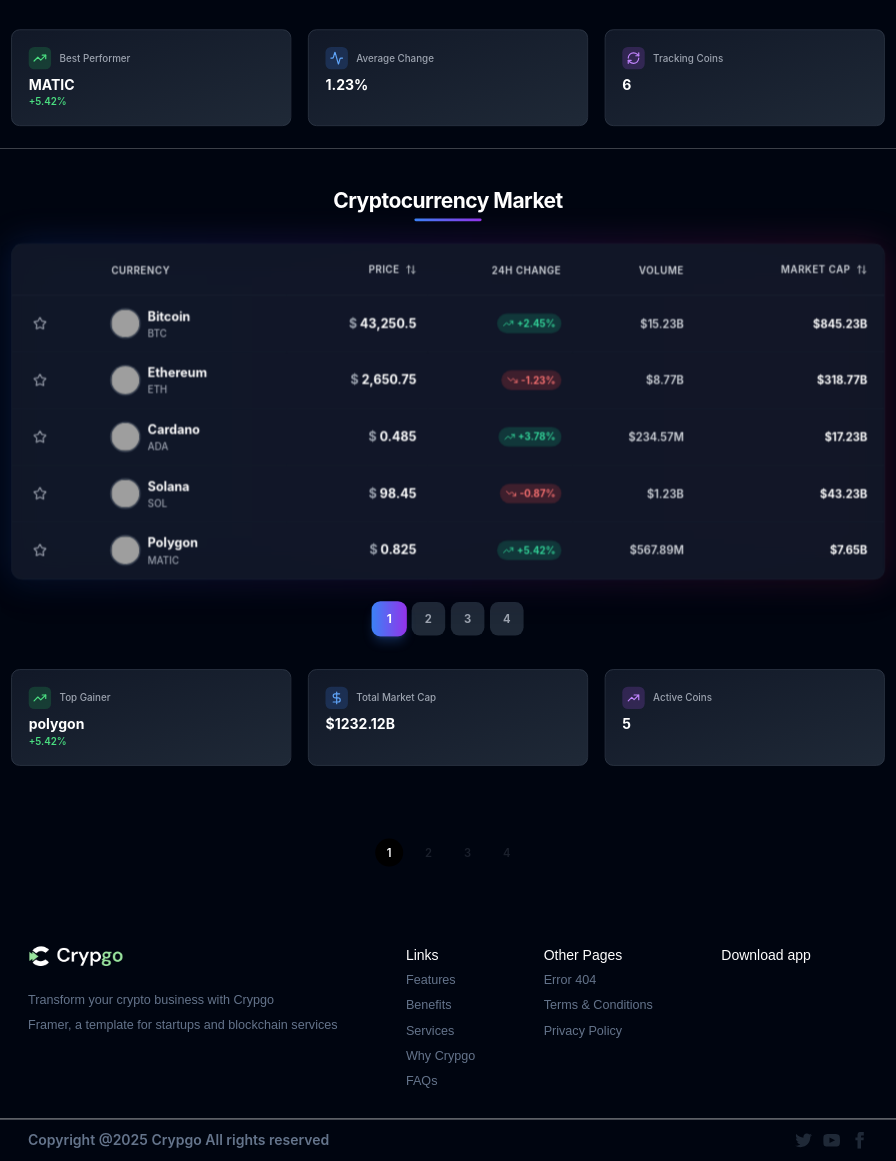
Repository: XaidenLabs/kingpad
Page: /
These files come from the project's save history. The page is drawn as it stood at one moment and after a run of saves; the edit follows.
The browser window is 1280 px wide. The pictures show the part of the page from y = 1290 to 3210 px (the page is 2949 px tall before and 3461 px after), at 70% of full size.
Pictures or frames that could not be fetched are drawn as grey boxes. The page's requests for data from a server got no answer. The project was rebuilt for these pictures with package versions that can differ from the ones it lists, and the page was loaded fresh each time. The framework's server and built-in components were replaced by stand-ins that run in the browser. No one was signed in, and anything a server would have sent is missing. Also part of the build but not shown: next.config.js.

Above is the page before, as saved 2025-09-06 19:47:54.

### src/pages/_app.tsx
import '@/styles/globals.css'
import type { AppProps } from 'next/app'
import { ChakraProvider } from '@chakra-ui/react'
import store from '@/ReduxStore/FavouritesSlice'
import { Provider } from 'react-redux'

export default function App({ Component, pageProps }: AppProps) {
  return (
    <ChakraProvider>

      <Provider store={store}>
        <Component {...pageProps} />
      </Provider>

    </ChakraProvider>
  )
}

### src/pages/index.tsx
import Head from 'next/head'
import { Inter } from 'next/font/google'
import Navbar from '@/components/HomePageComponents/Navbar'
import HomeComnponent from '@/components/HomePageComponents/Home'
import TrendingCoins from '@/components/CoinDetailPageComponents/TrendingCoins'
import React from "react"
import Hero from '@/components/HomePageComponents/Hero'


const inter = Inter({ subsets: ['latin'] })
export default function Home() {

  return (
    <>
      <Head>
        <title>Crypgo</title>
        <meta name="description" content="Generated by create next app" />
        <meta name="viewport" content="width=device-width, initial-scale=1" />
        <link rel="icon" href="/favicon.ico" />
      </Head>

      <div>
        <nav className='maincolor'>
          <Navbar />
        </nav>

        <nav className='maincolor'>
          <Hero />
        </nav>

        <div className=' flex justify-evenly flex-wrap gap-10'>
          <div className=''>
            <nav className='maincolor'>
              <TrendingCoins />
            </nav>
            <nav className='maincolor'>
              <HomeComnponent />
            </nav>
          </div>

        </div>
      </div>

    </>
  )
}

### src/ReduxStore/FavouritesSlice.ts
import { configureStore } from "@reduxjs/toolkit";
import { createSlice } from "@reduxjs/toolkit";




type CryptoCoin = {
  id: string;
  price: number;
  image: string;
  name: string;
};

const favouriteSlice = createSlice({
    name: "favourites",
   // initialState: { list: [] },
   initialState: { list: [] as CryptoCoin[] }, // specify the type of the array as CryptoCoin[]

    reducers: {
        addToFavourites(state, action) {
            const newItem = action.payload;
            const existingItem = state.list.find((item) => item.id === newItem.id);

            if (!existingItem) {
                state.list.push({
                    id: newItem.id,
                    price: newItem.current_price,
                    image: newItem.image,
                    name: newItem.id,
                });
            }

        },

        removeFromFavourites(state, action) {
            const name = action.payload.id;
            const existingItem = state.list.find(item => item.name === name);
            state.list = state.list.filter(item => item.name !== name);
        }
    }

})

const store = configureStore({ reducer: { favourites: favouriteSlice.reducer } });

export default store;

export const favouritesActions=favouriteSlice.actions;

### src/components/HomePageComponents/Home.tsx
import React, { useState, useEffect, useCallback, useRef } from 'react';
import axios from 'axios';
import styles from "../../styles/HomeComnponent.module.css"
import { FaSearch } from "react-icons/fa"
import { AiFillDollarCircle, AiOutlineStar, AiFillDelete } from "react-icons/ai"
import { RxCrossCircled, RxCross1 } from "react-icons/rx"
import { FiTrendingDown } from "react-icons/fi"
import { FiTrendingUp } from "react-icons/fi"
import { AiFillCaretDown } from "react-icons/ai"
import { AiOutlineDollarCircle, AiFillStar } from "react-icons/ai"
import { BiRupee } from "react-icons/bi"
import { useToast } from '@chakra-ui/react'
import { favouritesActions } from "../../ReduxStore/FavouritesSlice";
import { useDispatch } from 'react-redux';
import { useSelector } from 'react-redux';
import {
    Drawer,
    DrawerBody,
    DrawerFooter,
    DrawerHeader,
    DrawerOverlay,
    DrawerContent,
    DrawerCloseButton,
    DrawerContentProps,
    DrawerProps,

} from '@chakra-ui/react'
import { useDisclosure } from '@chakra-ui/react';
import { HiOutlineArrowsUpDown } from "react-icons/hi2"
import { Tooltip } from '@chakra-ui/react'
import Table from '../CoinDetailPageComponents/CryptoTable'
import ModernSearchHeader from '../HomePageComponents/ModernSearchHeader'
import Footer from './Footer';
import Link from 'next/link';

type topCoinObj = {
    coinName: string,
    image: string,
    percentChange: number,
    current_price: number,
    id: string,
    symbol: string,
    price_change_percentage_24h: number,
    market_cap: number,
    total_volume: number
}


type CryptoCoin = {
    id: string;
    price: number;
    image: string;
    name: string;
};

const HomeComnponent = () => {

    const [cryptoData, setCryptoData] = useState<topCoinObj[]>([]);  // all coins
    const [filteredArray, setFilteredArray] = useState<topCoinObj[]>([]); // all coins
    const [seacrhTerm, setSearchTerm] = useState("");
    const [page, setPage] = useState<number>(1);
    const [active, setActive] = useState(1);
    const [currencyModal, setCurrecnyModal] = useState(false);
    const [currency, setCurrency] = useState("usd");
    const [metaverseCoins, setMetavserseCoins] = useState<topCoinObj[]>([]) // metaverse coins
    const [metaverseFilter, setMetaverseFilter] = useState<topCoinObj[]>([]); // metaverse coins

    const [gamingCoins, setGamingCoins] = useState<topCoinObj[]>([]) // gaimng
    const [gamingFilter, setGamingFilter] = useState<topCoinObj[]>([]) // gaimng

    const [originalARR, setOriginalARR] = useState([]);
    const [tabState, setTabState] = useState("all coins");


    const pages = [1, 2, 3, 4];

    const reduxFavouritesARR: any[] = useSelector((state: any) => state.favourites.list);
    const toast = useToast();
    const dispacth = useDispatch();


    //fecthnig data
    useEffect(() => {
        // all coins
        fetch(
            `https://api.coingecko.com/api/v3/coins/markets?vs_currency=${currency.toLowerCase()}&order=market_cap_desc&per_page=80&page=1&sparkline=false`
        )
            .then((response) => response.json())
            .then((data) => {
                setCryptoData(data)
                setOriginalARR(data);
                setFilteredArray(data);
            })
            .catch((error) => {
                // Handle error
                throw new Error('Error fetching all coins: ' + error);
            });

        // metaverse
        fetch(
            `https://api.coingecko.com/api/v3/coins/markets?vs_currency=${currency.toLowerCase()}&category=metaverse&order=market_cap_desc&per_page=80&page=1&sparkline=false`
        )
            .then((response) => response.json())
            .then((data) => {
                setMetavserseCoins(data)
                setMetaverseFilter(data)
            })
            .catch((error) => {
                // Handle error
                throw new Error('Error fetching metaverse coins: ' + error);
            });

        // gaming
        /* fetch(
             `https://api.coingecko.com/api/v3/coins/markets?vs_currency=${currency.toLowerCase()}&category=gaming&order=market_cap_desc&per_page=80&page=1&sparkline=false`
         )
             .then((response) => response.json())
             .then((data) => {
                 setGamingCoins(data)
                 setGamingFilter(data)
             })
             .catch((error) => {
                 // Handle error
                 throw new Error('Error fetching gaming coins: ' + error);
             });*/

    }, [currency]);




    const searchHandler = (e: React.ChangeEvent<HTMLInputElement>) => {
        const searchTerm = e.target.value;
        setSearchTerm(searchTerm);

        // search for all coins
        if (tabState === "all coins") {

            if (filteredArray.length > 0) {
                const mutateArr = filteredArray.filter((item) => {
                    const coinName = item.id.toLowerCase().includes(searchTerm.toLowerCase());
                    const coinSymbol = item.symbol.toLowerCase().includes(searchTerm.toLowerCase());

                    return coinName || coinSymbol
                });

                setCryptoData(mutateArr);

                // Reset the active page to the first page
                setActive(1);
                setPage(1);
            }
        }

        // search for metaverse

        else if (tabState === "metaverse") {

            if (metaverseFilter.length > 0) {
                const mutateArr = metaverseFilter.filter((item) => {
                    const coinName = item.id.toLowerCase().includes(searchTerm.toLowerCase());
                    const coinSymbol = item.symbol.toLowerCase().includes(searchTerm.toLowerCase());

                    return coinName || coinSymbol
                });

                setCryptoData(mutateArr);

                // Reset the active page to the first page
                setActive(1);
                setPage(1);
            }
        }

        // search for gaming


        else if (tabState === "gaming") {

            if (gamingFilter.length > 0) {
                const mutateArr = gamingFilter.filter((item) => {
                    const coinName = item.id.toLowerCase().includes(searchTerm.toLowerCase());
                    const coinSymbol = item.symbol.toLowerCase().includes(searchTerm.toLowerCase());

                    return coinName || coinSymbol
                });

                setCryptoData(mutateArr);

                // Reset the active page to the first page
                setActive(1);
                setPage(1);
            }
        }



    };


    // redux methods
    const addToFavouritesHandler = (coin: topCoinObj) => {

        dispacth(favouritesActions.addToFavourites(coin));

        toast({
            title: "",
            description: "Added Successfully",
            status: "success",
            duration: 1500,
            isClosable: true,
        });
    }

    const removeFromFavHandler = (coin: topCoinObj) => {
        dispacth(favouritesActions.removeFromFavourites(coin))
    }



    // currecny modal
    const currencyModalToggle = () => {
        setCurrecnyModal(!currencyModal)
    }


    // tabs change
    const metaVerseCategrotyHandler = () => {
        setCryptoData(metaverseCoins)
        setTabState("metaverse")
    }

    const gamingCoinsCategoryHandler = () => {
        setCryptoData(gamingCoins)
        setTabState("gaming")
    }

    const allCoinsHandler = () => {
        setCryptoData(originalARR)
        setTabState("all coins")
    }

    // add to favourites drawer
    const { isOpen, onOpen, onClose } = useDisclosure();
    const [sortOrder, setSortOrder] = useState('none');


    const lowTOhighHanler = () => {

        const sortedData = [...cryptoData].sort((a, b) => a.current_price - b.current_price);
        setCryptoData(sortedData);
    }

    const highTOlowHandler = () => {
        const sortedData = [...cryptoData].sort((a, b) => b.current_price - a.current_price);
        setCryptoData(sortedData);
    }


    const MyDrawerContent = ({ children }: React.PropsWithChildren<{}>) => {
        return <DrawerContent>{children}</DrawerContent>
    };

    const MyDrawerBody = ({ children }: React.PropsWithChildren<{}>) => {
        return <DrawerBody>{children}</DrawerBody>
    };


    return (

        <div>
            { /*OPTIONS HEADER */}

            {  /* SEARCH BAR */}
            {/* <p className="justify-center text-center text-4xl text-white font-medium mb-8 relative -top-2 interFont">Market </p>

            <div className={"flex flex-wrap items-center justify-center"}>

                <div className='flex items-center gap-8 tableHeaderChild1 md:justify-center'>

                    <div className='mt-3'>
                        <input
                            type="text"
                            placeholder="Search"
                            value={seacrhTerm}
                            onChange={searchHandler}
                            className="px-4 py-2 pl-7 boxsh rounded-md relative z-50 bg-transparent border-2 border-gray-200 text-gray-600 focus:outline-none"
                        />
                        <FaSearch className="search-icon relative -top-7 ml-2 text-gray-400 text-sm w-3 -z-1" />
                    </div>

                    <div onClick={currencyModalToggle} className=" items-center gap-2 hidden lg:flex cursor-pointer border rounded w-64 justify-center h-10 text-white">
                        <p>Currency</p>
                        <AiFillCaretDown className='' />
                    </div>

                    {  /* CUURRECYY */}

                    {/* <div className={"  w38rem hidden lg:block"}>
                        {currencyModal && <div className={styles.currencyModalHold}>
                            <div>

                                <div className=' flex font-semibold gap-3 items-center cursor-pointer mb-7 text-white'>
                                    <AiOutlineDollarCircle className='text-xl font-semibold' />
                                    <p onClick={() => setCurrency("usd")}> USD </p>
                                </div>

                                <div className=' flex font-semibold gap-3 items-center cursor-pointer text-white'>
                                    <BiRupee className='text-xl font-semibold' />
                                    <p onClick={() => setCurrency("inr")}> INR </p>
                                </div>
                            </div>

                        </div>

                        }
                    </div>
                </div> */}

                { /* FLTER TABS */}
                {/* <div className='flex gap-8 flex-wrap items-center ml-2 md:justify-center justify-around mt-5 md:mt-0'> */}
                    {/* <p className={`${tabState === "all coins" ? "text-white flex justify-center items-center w-24 h-9 rounded-md border border-black cursor-pointer interFont scalee" : "flex justify-center items-center w-24 h-9 rounded-md greyBackground cursor-pointer interFont scalee"}`} onClick={allCoinsHandler}> All Coins </p> */}
                    {/* <p className={`${tabState === "metaverse" ? "text-white flex justify-center items-center w-24 h-9 rounded-md border border-black cursor-pointer interFont scalee" : "flex justify-center items-center w-24 h-9 rounded-md greyBackground cursor-pointer interFont scalee"}`} onClick={metaVerseCategrotyHandler}> Metaverse </p> */}
                    {  /* <p className={`${tabState === "gaming" ? "flex justify-center items-center w-24 h-9 rounded-md border border-black cursor-pointer interFont scalee" : "flex justify-center items-center w-24 h-9 rounded-md greyBackground cursor-pointer interFont scalee"}`} onClick={gamingCoinsCategoryHandler}> Gaming </p> */}
                    {/* <p className='text-white flex justify-center items-center w-32 h-9 rounded-md greyBackground cursor-pointer interFont scalee gap-2' onClick={onOpen}>  <AiOutlineStar className='text-xl' /> Favourites </p> */}
                {/* </div> */}

            {/* </div> */}



            <br />

            {  /* MAIN CRYPTO TABLE  */}


            <Table cryptoData={cryptoData} currency={currency} />

            {/* <div className="w80 mx-auto bg-gray-100 mt-4"></div> */}
            <br />
            <br />
            <br />

            {  /* PAGINATION */}
            <div className='flex gap-4 flex-wrap justify-center'>
                {pages.map((item) => {

                    return (
                        <p key={item} className={active == item ? "bg-black text-white indivitualPage2 font-semibold cursor-pointer" : "indivitualPage font-semibold cursor-pointer"} onClick={(e) => {
                            if (e.target instanceof HTMLParagraphElement) {
                                setPage(parseInt(e.target.innerText) || 0);
                                setActive(parseInt(e.target.innerText) || 0);

                            }

                        }}>
                            {item}
                        </p>
                    )

                })}
            </div>


            <br />
            <br />
            <br />

            {  /*  FAVOURITES DRAWER */}

            <Drawer onClose={onClose} isOpen={isOpen}>
                <DrawerOverlay />
                <DrawerContent>
                    <DrawerHeader borderBottomWidth='1px'> <div className='flex gap-2'>  <span className='font-semibold'>Favourites</span> <AiFillStar className='golden font-bold text-3xl' /> </div> </DrawerHeader>
                    <DrawerBody>
                        <br />

                        <div className='flex flex-col gap-12'>

                            {reduxFavouritesARR.length === 0 ? <p className=' font-semibold'> Nothing Here Yet </p> :
                                reduxFavouritesARR.map((item: any) => {
                                    return (
                                        <div key={item}>
                                            {reduxFavouritesARR.length === 0 ? <p> Nothing Here Yet </p> :
                                                <>
                                                    <div className='flex gap-2 items-center'>
                                                        <img src={item.image} className="w-12 h-12" alt='ada' />
                                                        <div className='flex flex-col'>
                                                            <p className='font-semibold text-sm sm:text-base uppercase'> {item.name} </p>

                                                            <div className='flex gap-4 flex-wrap items-center'>
                                                                <p className=' text-sm text-gray-600 font-semibold'> ${item.price.toLocaleString()} </p>
                                                                <RxCrossCircled className='text-lg cursor-pointer' onClick={() => removeFromFavHandler(item)} />
                                                            </div>

                                                        </div>
                                                    </div>
                                                </>
                                            }
                                        </div>
                                    )
                                })
                            }
                        </div>

                    </DrawerBody>
                </DrawerContent>
            </Drawer>

            {   /* FOOTER  */}

            <Footer />




        </div>
    )
}

export default HomeComnponent

### src/components/HomePageComponents/Hero.tsx
import React from 'react'
import heroImgae from "../assets/gr2.png"
import Image from 'next/image'
import Marquee from 'react-fast-marquee';



const Hero = () => {

    return (
        <div className=''>

            <div className="flex HeroParenTHold flex-wrap md:flex-nowrap justify-evenly items-center">

                <div className="heroChildOneHold flex-col flex justify-center items-center">

                    <div className="heroChild1">

                        <div className="heroInnerChild1 flex flex-col gap-4 text-white">
                            <div>
                                <p className='text-6xl interFont font-normal'>
                                    Fast and Secure <br />
                                    Cryptocurrency <br />
                                    Exchange
                                </p>
                            </div>

                            <p className=' font-semibold'>Trade cryptocurrencies with ease, security, and advanced <br />
                                features on our cutting-edge platform.
                                <br />
                            </p>

                            <button className='flex HeroChildOneHoldExplore justify-center items-center mt-8 w-36 h-10 rounded bg-black text-black font-semibold transition-all ease-in-out duration-500 hover:bg-[#19E09E] hover:border hover:text-black border-black' onClick={() => window.scrollTo({
                                behavior: "smooth",
                                top: 1100
                            })}>Explore More</button>
                        </div>


                    </div>


                </div>


                <div className="heroChildHold2 flex justify-center items-center">

                    <div className="heroCarouselHold flex items-center">
                        <img src='mobile-hand-card.png' className='w-full h-full'/>
                    </div>
                </div>


            </div>
        </div>
    )
}

export default Hero

Loaded but not shown: src/pages/_document.tsx (common file); tailwind.config.js (8 lines, source omitted); src/components/CoinDetailPageComponents/TrendingCoins.tsx (468 lines, source omitted); src/components/CoinDetailPageComponents/CryptoTable.tsx (328 lines, source omitted); src/components/HomePageComponents/ModernSearchHeader.tsx (227 lines, source omitted); src/styles/globals.css (374 lines, source omitted); src/components/HomePageComponents/Footer.tsx (49 lines, source omitted); src/components/HomePageComponents/Navbar.tsx (58 lines, source omitted)

After the next 6 saves:
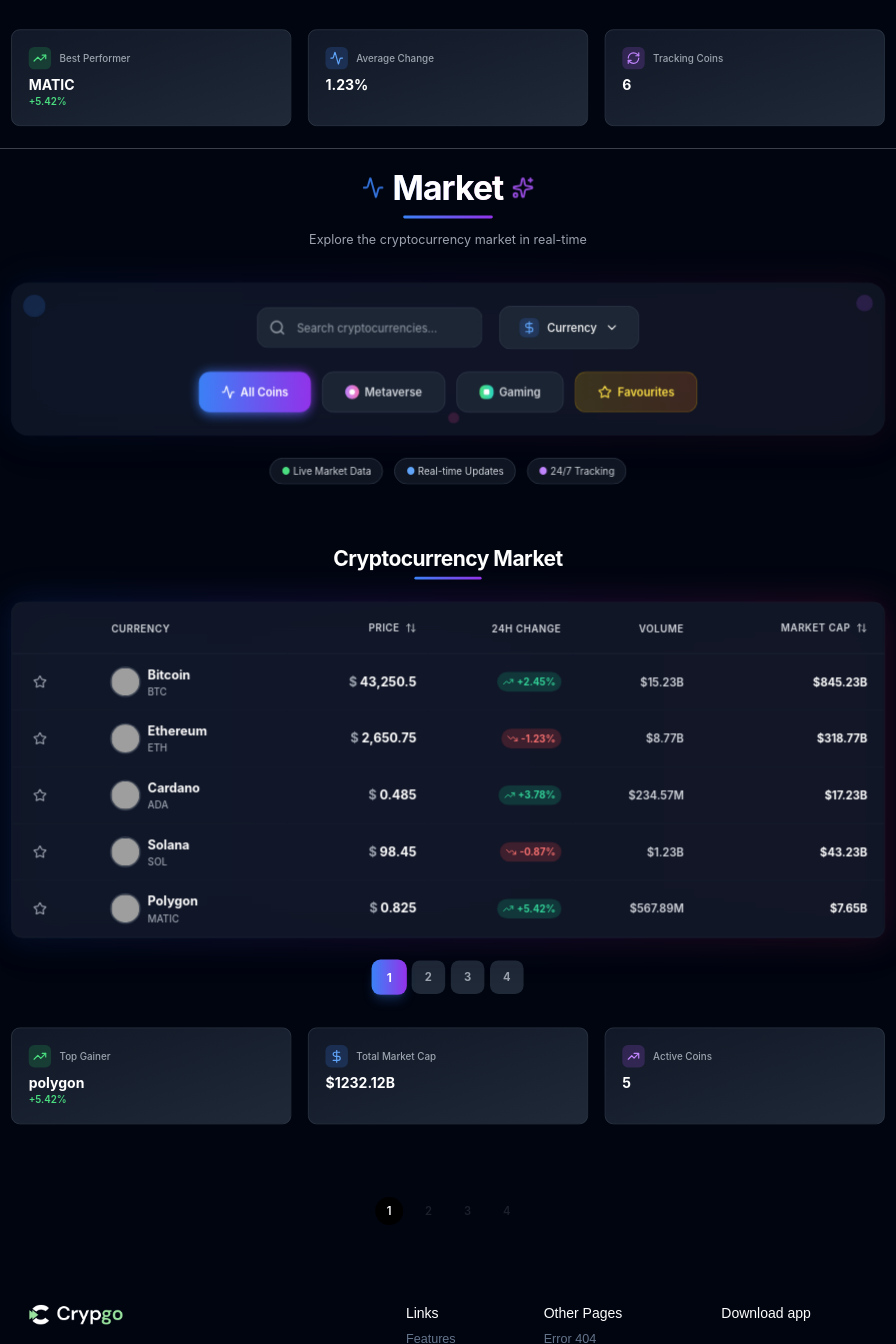
The 6 saves are shown as one change because 2 did not build or start and some came seconds apart.
The last was saved 30 s later.
--- a/src/components/HomePageComponents/Home.tsx
+++ b/src/components/HomePageComponents/Home.tsx
@@ -327,7 +327,7 @@ const HomeComnponent = () => {
 
             {/* </div> */}
 
-
+            <ModernSearchHeader seacrhTerm={seacrhTerm} searchHandler={searchHandler} tabState={tabState} allCoinsHandler={allCoinsHandler} metaVerseCategrotyHandler={metaVerseCategrotyHandler} gamingCoinsCategoryHandler={gamingCoinsCategoryHandler} onOpen={onOpen} currencyModalToggle={currencyModalToggle} currencyModal={currencyModal} setCurrency={setCurrency} currency={currency} />
 
             <br />
 
